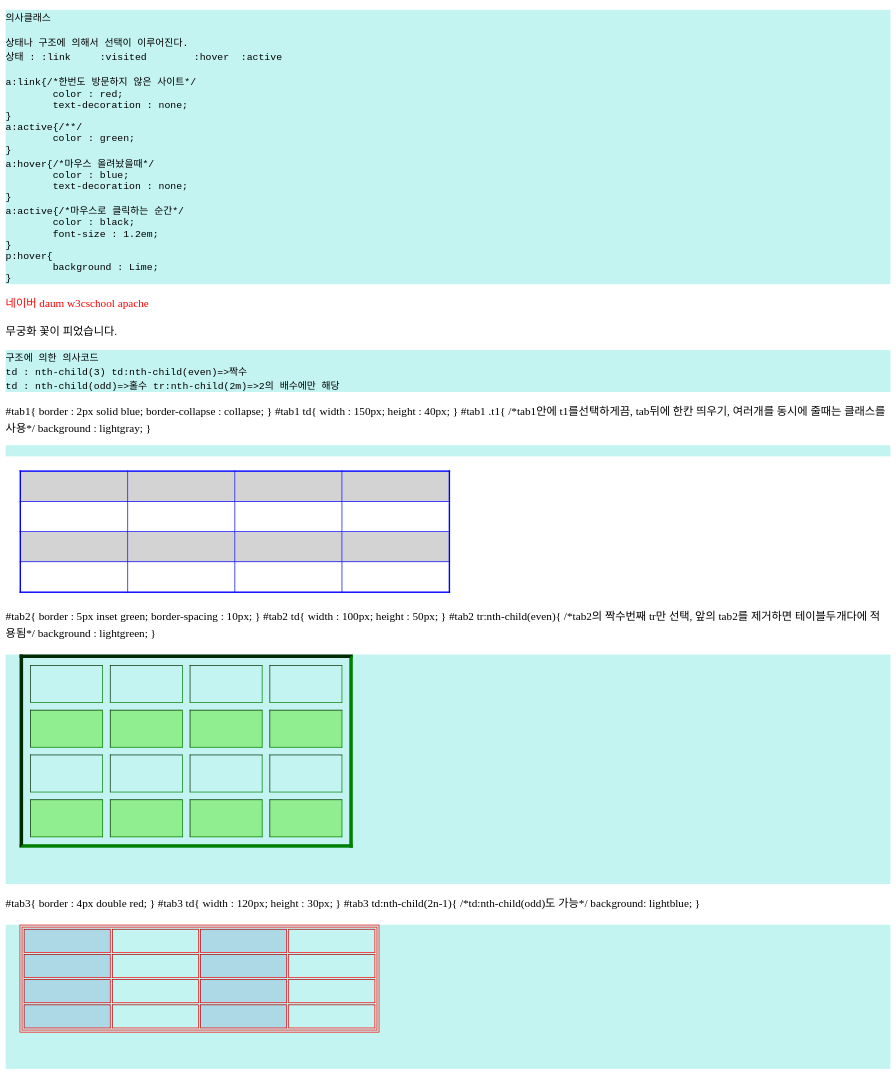
Repository: yul3220/WebProgrammingLecture
Page: webpro/WebContent/2021-01-08/의사클래스.html
An editor plug-in stored every save of this project. The page is shown before and after the next save, followed by the edit.
The browser window is 1280 px wide. The pictures show the whole page, at 70% of full size.

Above is the page before, as saved 2021-01-08 01:24:30.

### webpro/WebContent/2021-01-08/의사클래스.html
<!DOCTYPE html>
<html>
<head>
<meta charset="UTF-8">
<title>Insert title here</title>
<link rel = "stylesheet" href = "../css/public.css">
<style>
a:link{/*한번도 방문하지 않은 사이트*/
	color : red;
	text-decoration : none;
}
a:active{/**/
	color : green;
}
a:hover{/*마우스 올려놨을때*/
	color : blue;
	text-decoration : none;
}
a:active{/*마우스로 클릭하는 순간*/
	color : black;
	font-size : 1.2em;
}
p:hover{
	background : Lime;
}
table{
	margin : 20px;
}
#tab1{
	border : 2px solid blue;
	border-collapse : collapse;
}
#tab1 td{
	width : 150px;
	height : 40px;
}
#tab1 .t1{
/*tab1안에 t1를선택하게끔, tab뒤에 한칸 띄우기, 여러개를 동시에 줄때는 클래스를 사용*/
	background : lightgray;
}
#tab2{
	border : 5px inset green;
	border-spacing : 10px;
}
#tab2 td{
	width : 100px;
	height : 50px;
}
#tab2 tr:nth-child(even){
/*tab2의 짝수번째 tr만 선택, 앞의 tab2를 제거하면 테이블두개다에 적용됨*/
	background : lightgreen;
}
#tab3{
	border : 4px double red;
}
#tab3 td{
	width : 120px;
	height : 30px;
}
#tab3 td:nth-child(2n-1){
/*td:nth-child(odd)도 가능*/
	background: lightblue;
}
</style>
</head>
<body>
<pre>
의사클래스

상태나 구조에 의해서 선택이 이루어진다.
상태 : :link 	:visited	:hover	:active

a:link{/*한번도 방문하지 않은 사이트*/
	color : red;
	text-decoration : none;
}
a:active{/**/
	color : green;
}
a:hover{/*마우스 올려놨을때*/
	color : blue;
	text-decoration : none;
}
a:active{/*마우스로 클릭하는 순간*/
	color : black;
	font-size : 1.2em;
}
p:hover{
	background : Lime;
}
</pre>

<a href="http://www.naver.com">네이버</a>
<a href="http://www.daum.net">daum</a>
<a href="http://www.w3cschool.com">w3cschool</a>
<a href="htpp://apche.org">apache</a>

<p>무궁화 꽃이 피었습니다.</p>
<pre>
구조에 의한 의사코드
td : nth-child(3) td:nth-child(even)=>짝수
td : nth-child(odd)=>홀수 tr:nth-child(2m)=>2의 배수에만 해당
</pre>
#tab1{
	border : 2px solid blue;
	border-collapse : collapse;
}
#tab1 td{
	width : 150px;
	height : 40px;
}
#tab1 .t1{
/*tab1안에 t1를선택하게끔, tab뒤에 한칸 띄우기, 여러개를 동시에 줄때는 클래스를 사용*/
	background : lightgray;
}
<pre>

</pre>
<table border="1" id="tab1">
  <tr class ="t1">
    <td id = "d1"></td>
    <td id = "d2"></td>
    <td id = "d3"></td>
    <td id = "d4"></td>
  </tr>

  <tr>
    <td></td>
    <td></td>
    <td></td>
    <td></td>
  </tr>

  <tr class ="t1">
    <td></td>
    <td></td>
    <td></td>
    <td></td>
  </tr>

   <tr>
    <td></td>
    <td></td>
    <td></td>
    <td></td>
  </tr>
</table>

</pre>
#tab2{
	border : 5px inset green;
	border-spacing : 10px;
}
#tab2 td{
	width : 100px;
	height : 50px;
}
#tab2 tr:nth-child(even){
/*tab2의 짝수번째 tr만 선택, 앞의 tab2를 제거하면 테이블두개다에 적용됨*/
	background : lightgreen;
}
<pre>
<table border="1" id="tab2">
  <tr>
    <td></td>
    <td></td>
    <td></td>
    <td></td>
  </tr>

  <tr>
    <td></td>
    <td></td>
    <td></td>
    <td></td>
  </tr>

  <tr>
    <td></td>
    <td></td>
    <td></td>
    <td></td>
  </tr>

   <tr>
    <td></td>
    <td></td>
    <td></td>
    <td></td>
  </tr>
</table>

</pre>
#tab3{
	border : 4px double red;
}
#tab3 td{
	width : 120px;
	height : 30px;
}
#tab3 td:nth-child(2n-1){
/*td:nth-child(odd)도 가능*/
	background: lightblue;
}
<pre>
<table border="1" id="tab3">
  <tr>
    <td></td>
    <td></td>
    <td></td>
    <td></td>
  </tr>

  <tr>
    <td></td>
    <td></td>
    <td></td>
    <td></td>
  </tr>

  <tr>
    <td></td>
    <td></td>
    <td></td>
    <td></td>
  </tr>

   <tr>
    <td></td>
    <td></td>
    <td></td>
    <td></td>
  </tr>
</table>
</body>
</html>

### webpro/WebContent/css/public.css
@CHARSET "UTF-8";
pre{
	background-color : #c4f4f2;
	font-size : 14px;
	white-space: pre-wrap;

	/*
	   pre : 공백은 그대로 줄바꿈이 되지 않는다.
	   pre-wrap : 공백은 그대로 줄바꿈이 된다.
	   pre-line : 공백을 여러개 줘도 공백은 하나만 표시  줄바꿈된다.
	   nowrap : 공백을 여러개 줘도 공백은 하나만 표시 줄바꿈되지 않는다.

	*/
}

div.box {
	width : 100%;
	height : auto;
	margin : 10px;
	padding : 10px;
	border : 1px solid blue;
	background : #faf5f1;
}

.box input[type=button]{
    width : 90px;
    height: 30px;
    background: blue;
    color : white;
    padding : 5px 10px;
    border-radius: 10px;
    font-weight: bold;
	text-align: center;
}

.box div{
    width : 80%;
    height : auto;
    padding : 10px;
 	border : 3px dotted #00ffeb;
    margin : 20px;
}

After the next save:
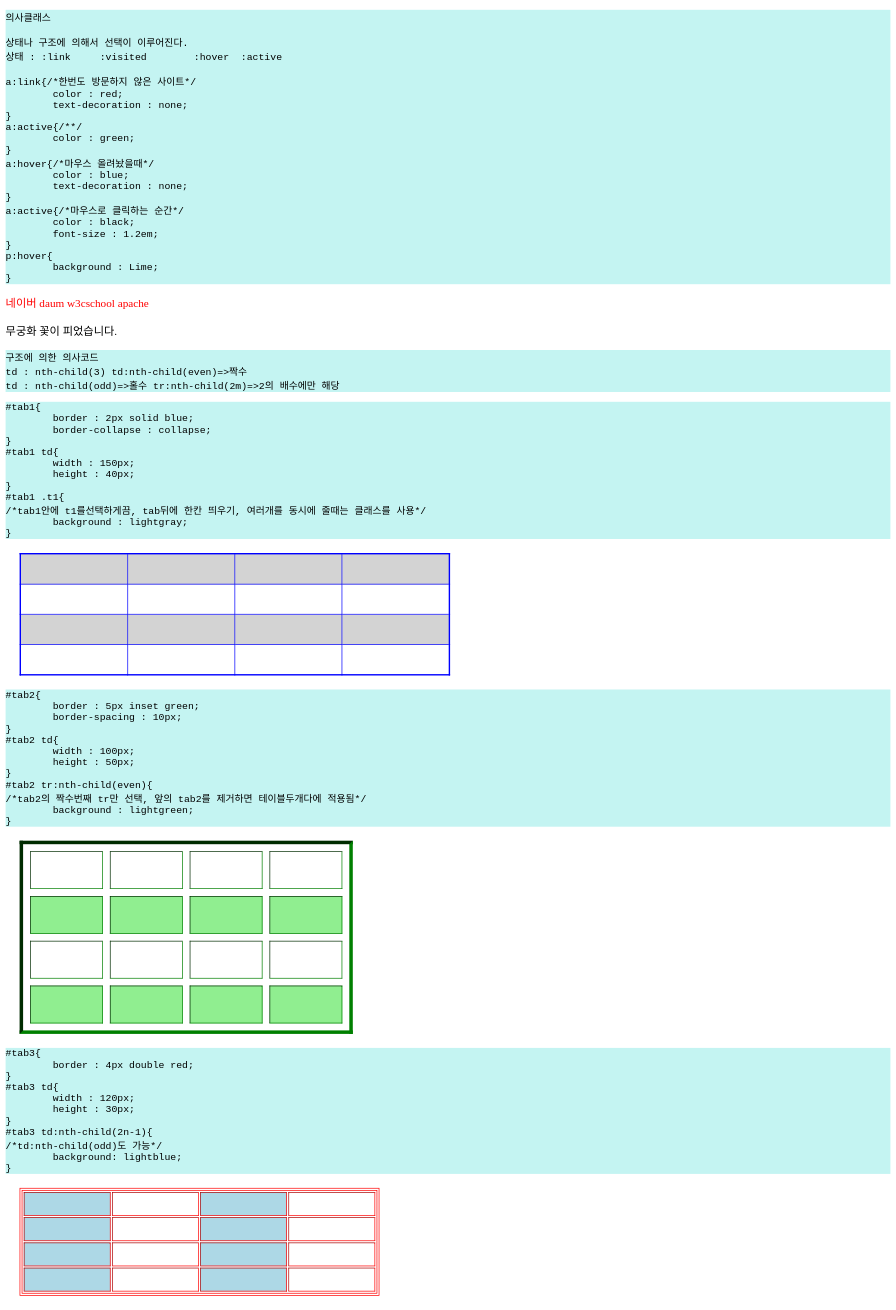
Saved 49 s later.
--- a/webpro/WebContent/2021-01-08/의사클래스.html
+++ b/webpro/WebContent/2021-01-08/의사클래스.html
@@ -101,6 +101,7 @@ p:hover{
 td : nth-child(3) td:nth-child(even)=>짝수
 td : nth-child(odd)=>홀수 tr:nth-child(2m)=>2의 배수에만 해당
 </pre>
+<pre>
 #tab1{
 	border : 2px solid blue;
 	border-collapse : collapse;
@@ -113,7 +114,7 @@ td : nth-child(odd)=>홀수 tr:nth-child(2m)=>2의 배수에만 해당
 /*tab1안에 t1를선택하게끔, tab뒤에 한칸 띄우기, 여러개를 동시에 줄때는 클래스를 사용*/
 	background : lightgray;
 }
-<pre>
+</pre>
 
 </pre>
 <table border="1" id="tab1">
@@ -146,7 +147,7 @@ td : nth-child(odd)=>홀수 tr:nth-child(2m)=>2의 배수에만 해당
   </tr>
 </table>
 
-</pre>
+<pre>
 #tab2{
 	border : 5px inset green;
 	border-spacing : 10px;
@@ -159,7 +160,7 @@ td : nth-child(odd)=>홀수 tr:nth-child(2m)=>2의 배수에만 해당
 /*tab2의 짝수번째 tr만 선택, 앞의 tab2를 제거하면 테이블두개다에 적용됨*/
 	background : lightgreen;
 }
-<pre>
+</pre>
 <table border="1" id="tab2">
   <tr>
     <td></td>
@@ -190,7 +191,7 @@ td : nth-child(odd)=>홀수 tr:nth-child(2m)=>2의 배수에만 해당
   </tr>
 </table>
 
-</pre>
+<pre>
 #tab3{
 	border : 4px double red;
 }
@@ -202,7 +203,7 @@ td : nth-child(odd)=>홀수 tr:nth-child(2m)=>2의 배수에만 해당
 /*td:nth-child(odd)도 가능*/
 	background: lightblue;
 }
-<pre>
+</pre>
 <table border="1" id="tab3">
   <tr>
     <td></td>
